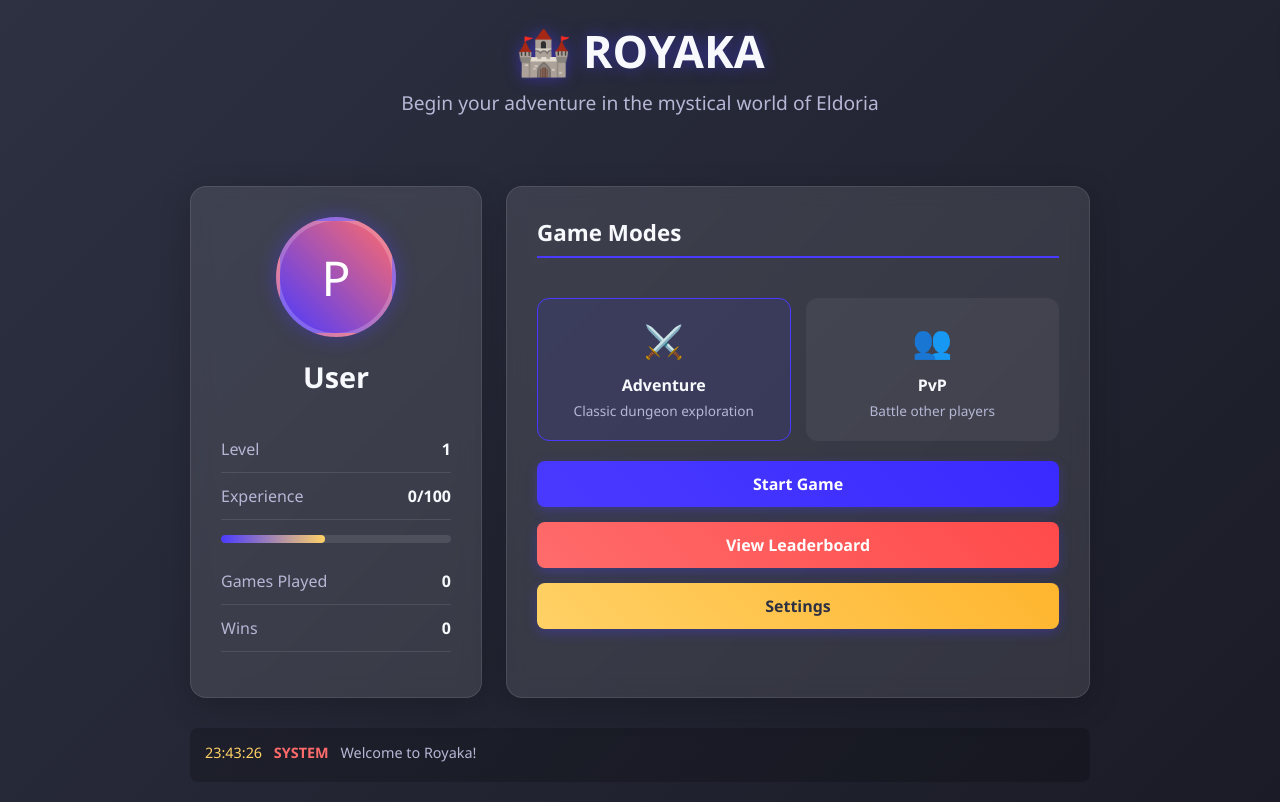
Repository: trmzaiu/ncp-project-battle-royale
Page: static/home.html
An editor plug-in stored every save of this project. The page is shown before and after a run of saves, followed by the edit.
The browser window is 1280 px wide. The pictures show the whole page.

Above is the page before, as saved 2025-05-09 20:14:10.
Console error: ReferenceError: updatePlayerUI is not defined

### static/home.html
<!DOCTYPE html>
<html lang="en">
<head>
    <meta charset="UTF-8">
    <meta name="viewport" content="width=device-width, initial-scale=1.0">
    <title>Royaka</title>
    <style>
        :root {
            --primary: #4a3aff;
            --primary-dark: #3a2aff;
            --secondary: #ff6b6b;
            --dark: #2d3142;
            --light: #f7f9fc;
            --accent: #ffd166;
        }

        * {
            margin: 0;
            padding: 0;
            box-sizing: border-box;
            font-family: 'Segoe UI', Tahoma, Geneva, Verdana, sans-serif;
        }

        body {
            background: linear-gradient(135deg, #2d3142 0%, #1a1b26 100%);
            color: var(--light);
            min-height: 100vh;
            display: flex;
            flex-direction: column;
            align-items: center;
            justify-content: center;
            padding: 20px;
        }

        .container {
            width: 100%;
            max-width: 900px;
            display: grid;
            grid-template-columns: 1fr 2fr;
            gap: 24px;
            margin-top: 30px;
        }

        @media (max-width: 768px) {
            .container {
            grid-template-columns: 1fr;
            }
        }

        .header {
            text-align: center;
            margin-bottom: 20px;
        }

        .title {
            font-size: 2.8rem;
            margin-bottom: 8px;
            color: var(--light);
            text-shadow: 0 0 15px rgba(74, 58, 255, 0.5);
        }

        .subtitle {
            font-size: 1.2rem;
            color: #b6b7d5;
            margin-bottom: 20px;
        }

        .card {
            background: rgba(255, 255, 255, 0.1);
            backdrop-filter: blur(10px);
            border-radius: 16px;
            padding: 30px;
            box-shadow: 0 8px 32px rgba(0, 0, 0, 0.2);
            border: 1px solid rgba(255, 255, 255, 0.1);
            transition: all 0.3s ease;
        }

        .card:hover {
            transform: translateY(-5px);
            box-shadow: 0 12px 40px rgba(0, 0, 0, 0.3);
        }

        .player-card {
            display: flex;
            flex-direction: column;
            align-items: center;
            justify-content: center;
            text-align: center;
        }

        .avatar {
            width: 120px;
            height: 120px;
            border-radius: 50%;
            background: linear-gradient(45deg, var(--primary), var(--secondary));
            display: flex;
            align-items: center;
            justify-content: center;
            font-size: 3rem;
            color: white;
            margin-bottom: 20px;
            border: 4px solid rgba(255, 255, 255, 0.2);
            box-shadow: 0 0 20px rgba(74, 58, 255, 0.4);
        }

        .user-name {
            font-size: 1.8rem;
            margin-bottom: 15px;
            font-weight: 600;
        }

        .stats-container {
            width: 100%;
            margin: 15px 0;
        }

        .stat-item {
            display: flex;
            justify-content: space-between;
            padding: 12px 0;
            border-bottom: 1px solid rgba(255, 255, 255, 0.1);
        }

        .stat-label {
            color: #b6b7d5;
        }

        .stat-value {
            font-weight: 600;
            color: var(--light);
        }

        .progress-bar {
            width: 100%;
            height: 8px;
            background: rgba(255, 255, 255, 0.1);
            border-radius: 10px;
            margin: 15px 0;
            overflow: hidden;
        }

        .progress {
            height: 100%;
            background: linear-gradient(90deg, var(--primary), var(--accent));
            border-radius: 10px;
            width: 45%;
            transition: width 0.5s ease;
        }

        .game-options {
            display: flex;
            flex-direction: column;
        }

        .section-title {
            font-size: 1.4rem;
            margin-bottom: 20px;
            padding-bottom: 8px;
            border-bottom: 2px solid var(--primary);
        }

        .btn {
            background: linear-gradient(45deg, var(--primary), var(--primary-dark));
            color: white;
            border: none;
            border-radius: 8px;
            padding: 12px 24px;
            font-size: 1rem;
            font-weight: 600;
            cursor: pointer;
            transition: all 0.3s ease;
            box-shadow: 0 4px 12px rgba(74, 58, 255, 0.3);
            display: flex;
            align-items: center;
            justify-content: center;
            gap: 10px;
            margin-bottom: 15px;
        }

        .btn:hover {
            transform: translateY(-2px);
            box-shadow: 0 8px 20px rgba(74, 58, 255, 0.4);
        }

        .btn:active {
            transform: translateY(1px);
        }

        .btn-primary {
            background: linear-gradient(45deg, var(--primary), var(--primary-dark));
        }

        .btn-secondary {
            background: linear-gradient(45deg, var(--secondary), #ff4a4a);
        }

        .btn-accent {
            background: linear-gradient(45deg, var(--accent), #ffb52e);
            color: var(--dark);
        }

        .game-modes {
            display: grid;
            grid-template-columns: 1fr 1fr;
            gap: 15px;
            margin: 20px 0;
        }

        .mode-card {
            background: rgba(255, 255, 255, 0.05);
            border-radius: 12px;
            padding: 20px;
            text-align: center;
            cursor: pointer;
            transition: all 0.3s ease;
            border: 1px solid transparent;
        }

        .mode-card:hover {
            background: rgba(255, 255, 255, 0.1);
            border-color: var(--primary);
        }

        .mode-card.selected {
            border-color: var(--primary);
            background: rgba(74, 58, 255, 0.1);
        }

        .mode-icon {
            font-size: 2rem;
            margin-bottom: 12px;
            color: var(--accent);
        }

        .mode-title {
            font-weight: 600;
            margin-bottom: 5px;
        }

        .mode-desc {
            font-size: 0.85rem;
            color: #b6b7d5;
        }

        .log-container {
            margin-top: 30px;
            background: rgba(0, 0, 0, 0.2);
            border-radius: 8px;
            padding: 15px;
            max-height: 150px;
            overflow-y: auto;
            font-family: monospace;
            font-size: 0.9rem;
            width: 100%;
            max-width: 900px;
        }

        .log-entry {
            margin-bottom: 5px;
            color: #b6b7d5;
        }

        .log-entry .timestamp {
            color: var(--accent);
            margin-right: 8px;
        }

        .log-entry .type {
            color: var(--secondary);
            margin-right: 8px;
            font-weight: bold;
        }

        .spinner {
            display: inline-block;
            width: 20px;
            height: 20px;
            border: 3px solid rgba(255, 255, 255, 0.3);
            border-radius: 50%;
            border-top-color: white;
            animation: spin 1s ease-in-out infinite;
        }

        @keyframes spin {
            to { transform: rotate(360deg); }
        }

        .hidden {
            display: none;
        }

        .notification {
            position: fixed;
            top: 20px;
            right: 20px;
            background: rgba(255, 255, 255, 0.15);
            backdrop-filter: blur(10px);
            border-radius: 8px;
            padding: 15px 20px;
            color: white;
            font-size: 0.9rem;
            box-shadow: 0 8px 32px rgba(0, 0, 0, 0.3);
            border-left: 4px solid var(--primary);
            z-index: 1000;
            transform: translateX(120%);
            transition: transform 0.3s ease;
        }

        .notification.show {
            transform: translateX(0);
        }

        .toast {
            position: fixed;
            bottom: 30px;
            left: 50%;
            transform: translateX(-50%);
            background-color: #323232;
            color: white;
            padding: 12px 24px;
            border-radius: 6px;
            box-shadow: 0 4px 12px rgba(0,0,0,0.2);
            opacity: 0;
            transition: opacity 0.3s ease, transform 0.3s ease;
            z-index: 9999;
        }

        .toast.show {
            opacity: 1;
            transform: translateX(-50%) translateY(-10px);
        }
    </style>
</head>
<body>
    <div class="header">
        <h1 class="title">🏰 ROYAKA</h1>
        <p class="subtitle">Begin your adventure in the mystical world of Eldoria</p>
    </div>

    <div class="container">
        <div class="card player-card">
            <div class="avatar">
                <span id="userInitial">P</span>
            </div>
            <h2 class="user-name" id="username">User</h2>

            <div class="stats-container">
                <div class="stat-item">
                    <span class="stat-label">Level</span>
                    <span class="stat-value" id="level">1</span>
                </div>
                <div class="stat-item">
                    <span class="stat-label">Experience</span>
                    <span class="stat-value" id="exp">0/100</span>
                </div>
                <div class="progress-bar">
                    <div class="progress" id="expProgress"></div>
                </div>
                <div class="stat-item">
                    <span class="stat-label">Games Played</span>
                    <span class="stat-value" id="gamesPlayed">0</span>
                </div>
                <div class="stat-item">
                    <span class="stat-label">Wins</span>
                    <span class="stat-value" id="wins">0</span>
                </div>
            </div>
        </div>

        <div class="card game-options">
        <h3 class="section-title">Game Modes</h3>

        <div class="game-modes">
            <div class="mode-card selected" data-mode="adventure">
            <div class="mode-icon">⚔️</div>
            <div class="mode-title">Adventure</div>
            <div class="mode-desc">Classic dungeon exploration</div>
            </div>
            <div class="mode-card" data-mode="pvp">
            <div class="mode-icon">👥</div>
            <div class="mode-title">PvP</div>
            <div class="mode-desc">Battle other players</div>
            </div>
        </div>

        <button class="btn btn-primary" id="startGameBtn" onclick="startBattle()">
            <span>Start Game</span>
        </button>

        <button class="btn btn-secondary" id="leaderboardBtn">
            View Leaderboard
        </button>

        <button class="btn btn-accent" id="settingsBtn">
            Settings
        </button>
        </div>
    </div>

    <div class="log-container">
        <div class="log-entry">
        <span id="timestamp" class="timestamp"></span>
        <span class="type">SYSTEM</span>
        <span class="message">Welcome to Royaka!</span>
        </div>
        <div id="log"></div>
    </div>

    <div class="notification" id="notification">
        Connecting to game server...
    </div>

    <script>
        let selectedMode = "adventure";

        // Mode selection
        document.querySelectorAll('.mode-card').forEach(card => {
            card.addEventListener('click', () => {
                document.querySelectorAll('.mode-card').forEach(c => c.classList.remove('selected'));
                card.classList.add('selected');
                selectedMode = card.dataset.mode;
            });
        });

        // Notification system
        function showNotification(message, duration = 3000) {
        const notification = document.getElementById('notification');
        notification.textContent = message;
        notification.classList.add('show');

        setTimeout(() => {
            notification.classList.remove('show');
        }, duration);
        }

        // Log system
        function addLogEntry(type, message) {
        const logContainer = document.getElementById('log');
        const entry = document.createElement('div');
        entry.className = 'log-entry';

        const now = new Date();
        const timestamp = `${now.getHours()}:${now.getMinutes().toString().padStart(2, '0')}:${now.getSeconds().toString().padStart(2, '0')}`;

        entry.innerHTML = `
            <span class="timestamp">${timestamp}</span>
            <span class="type">${type}</span>
            <span class="message">${message}</span>
        `;

        logContainer.appendChild(entry);
        logContainer.scrollTop = logContainer.scrollHeight;
        }

        // WebSocket connection
        let ws = null;

        function connectWebSocket() {
            try {
                ws = new WebSocket("ws://localhost:8080/ws");

                ws.onopen = () => {
                    addLogEntry("SYSTEM", "Connected to game server");
                    showNotification("Connected to game server");
                    document.getElementById("startGameBtn").disabled = false;
                };

                ws.onmessage = (event) => {
                    const msg = JSON.parse(event.data);
                    addLogEntry(msg.type.toUpperCase(), msg.payload);

                    if (msg.type === "get_user_response") {
                        const user = response.data;
                        document.getElementById("username").innerText = user.username;
                        document.getElementById("userInitial").innerText = user.username.charAt(0);
                        document.getElementById("level").innerText = user.level;
                        document.getElementById("exp").innerText = `${user.exp}/${user.maxExp}`;
                        document.getElementById("gamesPlayed").innerText = user.gamesPlayed || 0;
                        document.getElementById("wins").innerText = user.wins || 0;

                        // Update progress bar
                        const progress = (user.exp / user.maxExp) * 100;
                        document.getElementById("expProgress").style.width = `${progress}%`;
                    }


                    if (msg.type === "match_found") {
                        showNotification("Match found! Redirecting...");
                        setTimeout(() => {
                        window.location.href = "/game.html";
                        }, 1500);
                    }
                };

                ws.onclose = () => {
                addLogEntry("SYSTEM", "Disconnected from server");
                showNotification("Disconnected from server. Trying to reconnect...");
                setTimeout(connectWebSocket, 3000);
                };

                ws.onerror = () => {
                addLogEntry("ERROR", "Connection error");
                showNotification("Connection error");
                };
            } catch (e) {
                addLogEntry("ERROR", "Failed to connect to server");
                showNotification("Failed to connect to server. Retrying...");
                setTimeout(connectWebSocket, 3000);
            }
        }

        // Start game button
        document.getElementById("startGameBtn").addEventListener("click", function() {
            const btn = this;
            btn.disabled = true;

            const originalText = btn.innerHTML;
            btn.innerHTML = '<div class="spinner"></div> Finding match...';

            if (ws && ws.readyState === WebSocket.OPEN) {
                ws.send(JSON.stringify({
                type: "join_game",
                payload: {
                    username: player.username,
                    mode: selectedMode
                }
                }));

                addLogEntry("SYSTEM", `Searching for ${selectedMode} match...`);
            } else {
                addLogEntry("ERROR", "Not connected to server");
                showNotification("Not connected to server. Reconnecting...");
                connectWebSocket();

                // Reset button after a delay
                setTimeout(() => {
                btn.disabled = false;
                btn.innerHTML = originalText;
                }, 2000);
            }
        });

        // Leaderboard button
        document.getElementById("leaderboardBtn").addEventListener("click", function() {
            showNotification("Leaderboard coming soon!");
        });

        // Settings button
        document.getElementById("settingsBtn").addEventListener("click", function() {
            showNotification("Settings coming soon!");
        });

        function getCurrentTime() {
            const now = new Date();
            const hours = String(now.getHours()).padStart(2, '0');
            const minutes = String(now.getMinutes()).padStart(2, '0');
            const seconds = String(now.getSeconds()).padStart(2, '0');
            return `${hours}:${minutes}:${seconds}`;
        }

        document.getElementById('timestamp').textContent = getCurrentTime();

        // Initialize
        updatePlayerUI();
        connectWebSocket();
    </script>
</body>
</html>

After the next 2 saves:
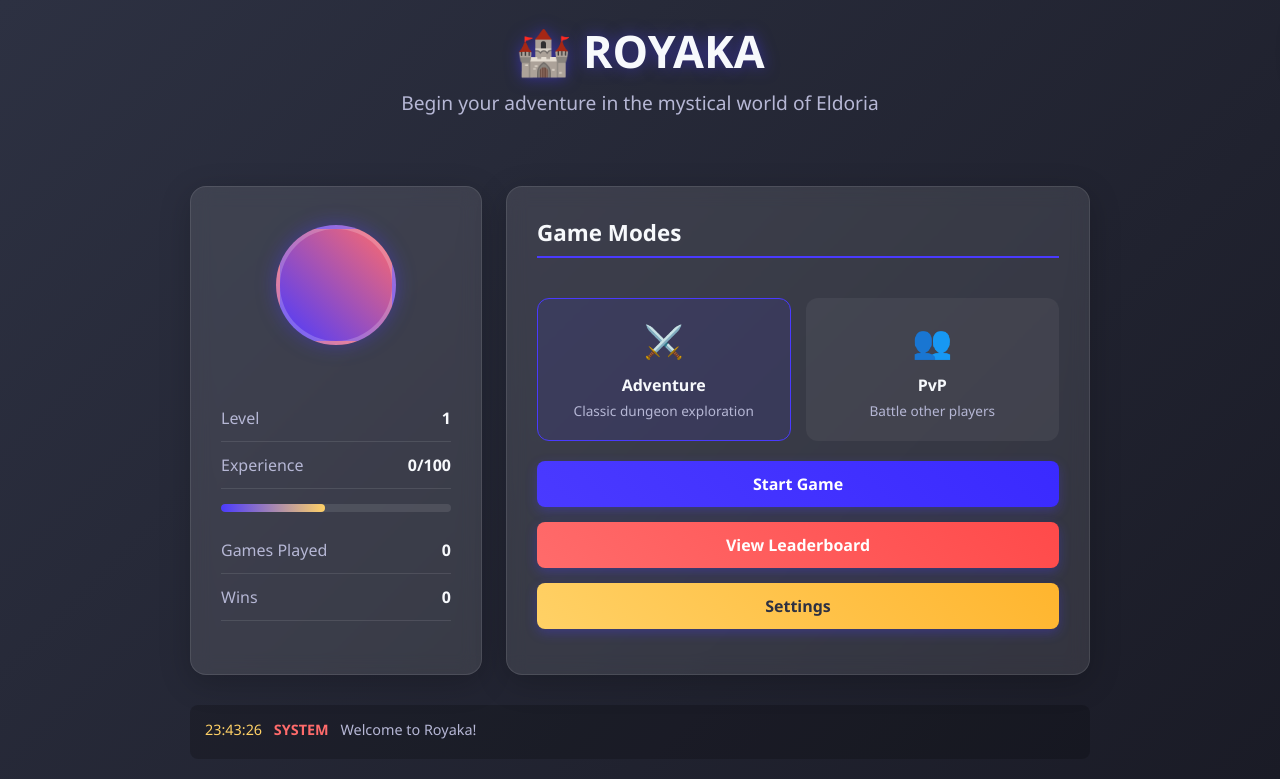
The 2 saves are shown as one change because they came seconds apart.
The last was saved 20 s later.
--- a/static/home.html
+++ b/static/home.html
@@ -340,9 +340,9 @@
     <div class="container">
         <div class="card player-card">
             <div class="avatar">
-                <span id="userInitial">P</span>
+                <span id="userInitial"></span>
             </div>
-            <h2 class="user-name" id="username">User</h2>
+            <h2 class="user-name" id="username"></h2>
 
             <div class="stats-container">
                 <div class="stat-item">
